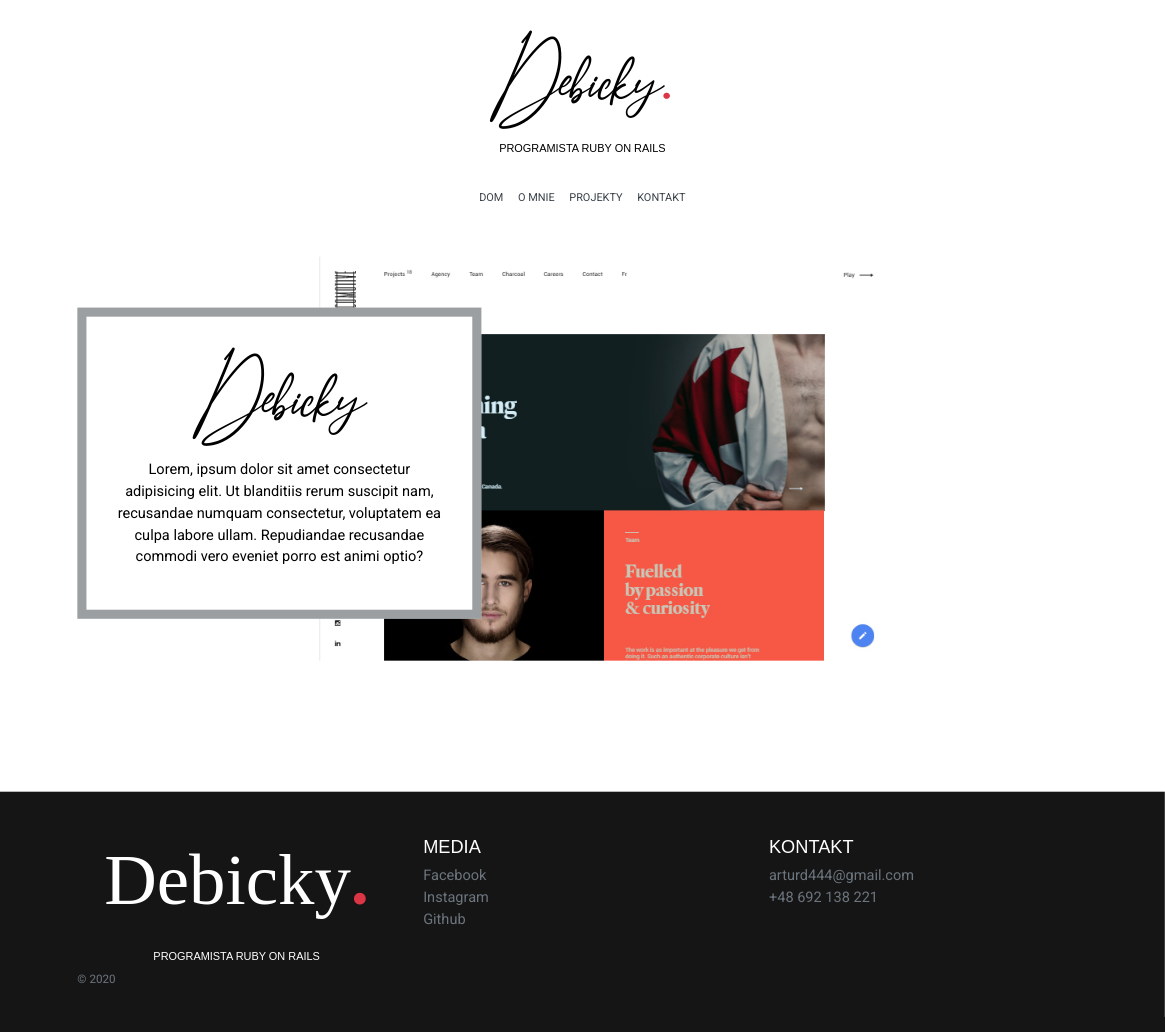
Repository: debicky/debicky.github.io
Page: index.html
The author's editor kept a copy of each file at every save. The page is drawn from the files as they stood at one save, then again after the next save.
The browser window is 1280 px wide. The pictures show the whole page, at 91% of full size.
Some web fonts or font styles are not loaded; a fallback is used. Some web libraries are served in a nearby version.

Above is the page before, as saved 2020-06-10 11:20:07.

After the next save:
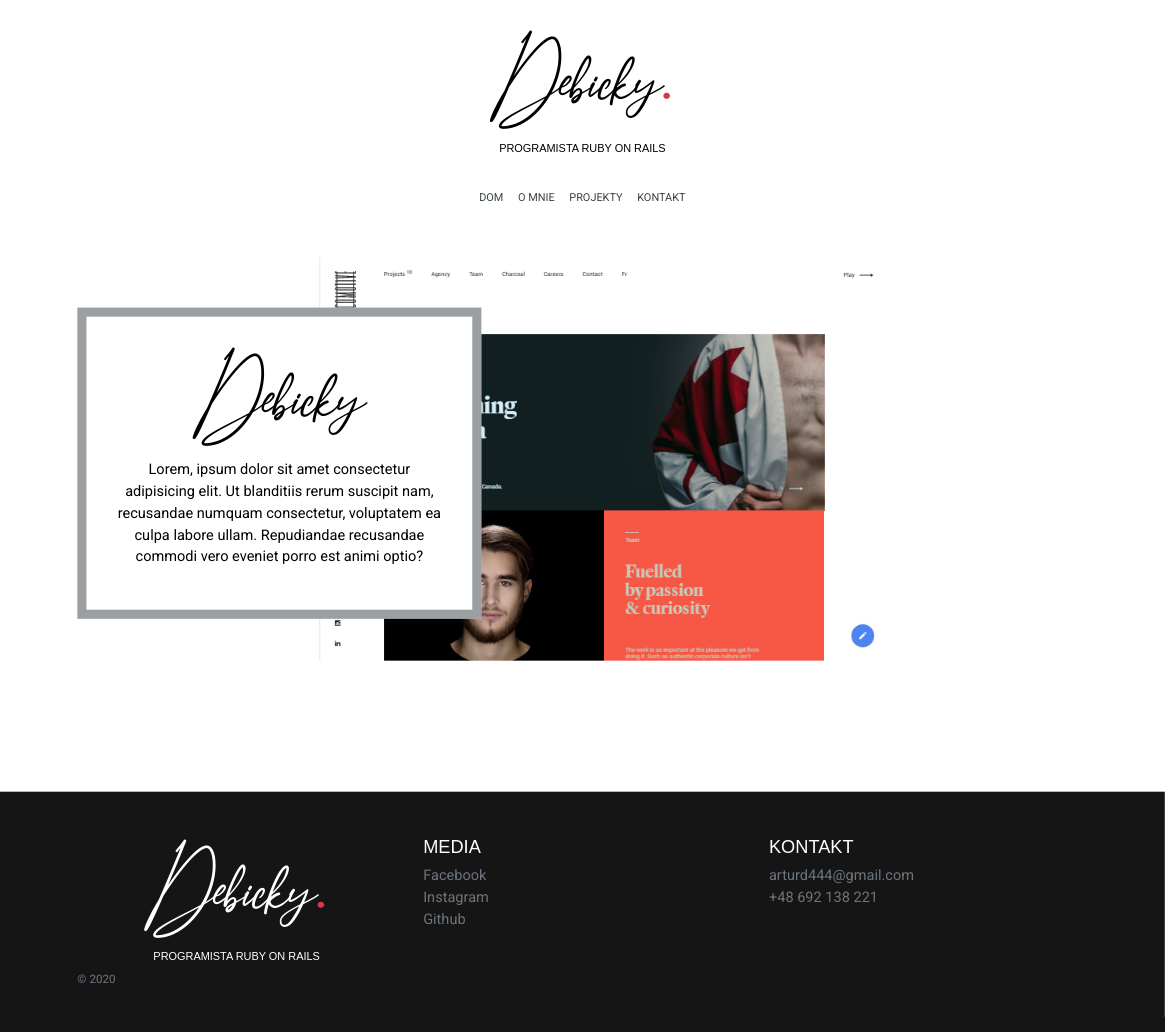
Saved 4 s later.
--- a/styles.css
+++ b/styles.css
@@ -148,7 +148,7 @@ footer {
 
 
 .signature-footer-heading{
-  font-family: 'AmostelySignature-footer', cursive;
+  font-family: 'AmostelySignature', cursive;
   font-size: 80px;
   margin-bottom: 30px;
 }
